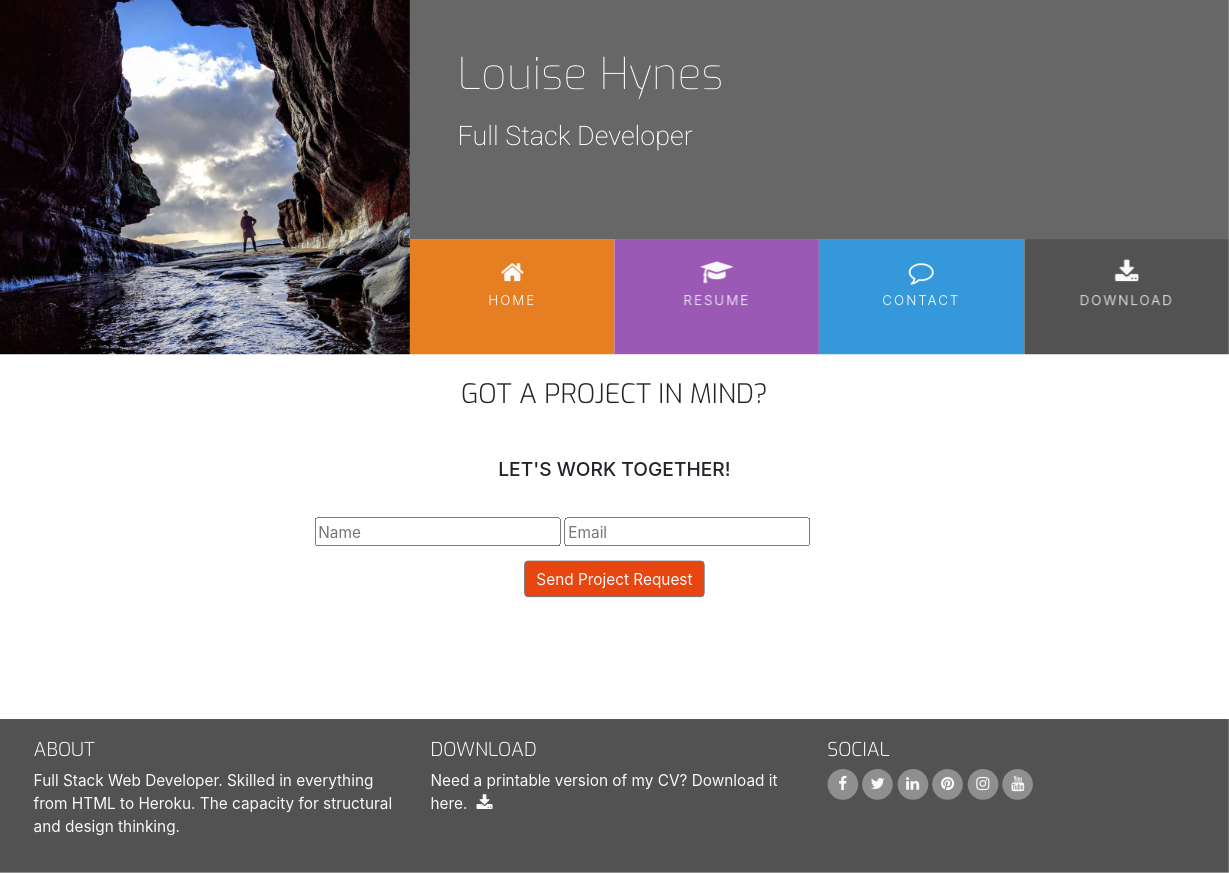
Repository: lhynes/Mini-Project-Resume
Page: contact.html
The author's editor kept a record of every edit. The page is drawn from the files as they stood at one moment, then again after the next edit.
The browser window is 1280 px wide. The pictures show the whole page, at 96% of full size.

Above is the page before.

### contact.html
<!DOCTYPE html>
<html lang="en">

<head>
    <meta charset="UTF-8">
    <meta name="viewport" content="width=device-width, initial-scale=1.0">
    <meta http-equiv="X-UA-Compatible" content="ie=edge">
    <!--access exrtenal links - bootstrap cdn - https://www.bootstrapcdn.com/-->
    <link rel="stylesheet" href="https://stackpath.bootstrapcdn.com/bootstrap/4.3.1/css/bootstrap.min.css" type="text/css" />
    <!--access exrtenal links - fontAwesome cdn - https://www.bootstrapcdn.com/-->
    <link rel="stylesheet" href="https://stackpath.bootstrapcdn.com/font-awesome/4.7.0/css/font-awesome.min.css" type="text/css" />
    <link rel="stylesheet" href="assets/css/style.css" type="text/css" />
    <link rel="stylesheet" href="https://cdnjs.cloudflare.com/ajax/libs/hover.css/2.3.1/css/hover-min.css" type="text/css" />
    <title>Louise</title>
</head>

<body>
    <header>
        <div class="row no-gutters">
            <a class="col-md-4 logo" href="index.html"></a>
            <div class="col-md-8">
                <div class="row no-gutters bg-color-name-title">
                    <div class="col heading">
                        <h1 class="name">Louise Hynes</h1>
                        <h2 class="title">Full Stack Developer</h2>
                    </div>
                </div>
                <div class="row no-gutters">
                    <div class="col">
                        <ul id="nav" class="list-inline menucontainer">
                            <li class="col-6 col-sm-3 ui-menu-color-home list-inline-item menuitem">
                                <a href="#" class="hvr-sweep-to-bottom"><i class="fa fa-home" aria-hidden="true"></i><span>Home</span></a>
                            </li>

                            <li class="col-6 col-sm-3 ui-menu-color-resume list-inline-item menuitem">
                                <a href="#" class="hvr-sweep-to-bottom"><i class="fa fa-graduation-cap" aria-hidden="true"></i><span>Resume</span></a>
                            </li>

                            <li class="col-6 col-sm-3 ui-menu-color-contact list-inline-item menuitem">
                                <a href="#" class="hvr-sweep-to-bottom"><i class="fa fa-comment-o" aria-hidden="true"></i><span>Contact</span></a>
                            </li>
                            <li class="col-6 col-sm-3 ui-menu-color-download list-inline-item menuitem">
                                <a href="#" class="hvr-sweep-to-bottom"><i class="fa fa-download" aria-hidden="true"></i><span>Download</span></a>
                            </li>
                        </ul>
                    </div>
                </div>

            </div>
    </header>
    <section class="container-fluid">
        <div class="row bg-color-contact">
            <div class="col">
                <h3 class="contact-heading uppercase text-center">Got a project in mind?</h3>
                <h5 class="uppercase text-center">Let's work together!</h5>
                <div class="center-form">
                    <form>
                        <input type="text" name="name" id="fullname" class="form-controm" placeholder="Name" required/>
                        <input type="email" name="email" id="email" class="form-controm" placeholder="Email" required/>
                      <!--  <textarea rows="5" name="projectsummary" id="projectsummary" class="form-controm" placeholder="Project Description" required></textarea>-->

                        <!-- Default button <input type="submit" value="Submit"/> we want to update-->
                        <div class="form-row text-center">
                            <div class="col">
                                <button type="submit" class="btn btn-secondary">Send Project Request</button>
                            </div>
                        </div>
                    </form>
                </div>
            </div>
        </div>
    </section>
    <footer class="container-fluid">
        <!--full width flexible container-->
        <div id="footer-details" class="row">
            <div class="col-sm-4">
                <h5 class="uppercase general-sub">About</h5>
                <p class="inline-block">
                    Full Stack Web Developer. Skilled in everything from HTML to Heroku. The capacity for structural and design thinking.


                </p>
            </div>
            <div class="col-sm-4">
                <h5 class="uppercase general-sub">Download</h5>
                <p class="inline-block">
                    Need a printable version of my CV? Download it here.
                    <a href="#" target="_blank" class="cv-pdf">
                        <!-- _blank used to open in a new tab-->
                        <i class="fa fa-download" aria-hidden="true"></i>
                        <span class="sr-only">Download link.</span>
                    </a>
                </p>
            </div>
            <div class="col-sm-4">
                <h5 class="uppercase general-sub">Social</h5>
                <ul class="list-inline social-links">
                    <li class="list-inline-item">
                        <!-- every list-inline in boostrap needs a list-inline item-->
                        <a target="_blank" href="#">
                            <i class="fa fa-facebook" aria-hidden="true"></i>
                            <span class="sr-only">Facebook</span>
                        </a>
                    </li>
                    <li class="list-inline-item">
                        <a target="_blank" href="#">
                            <i class="fa fa-twitter" aria-hidden="true"></i>
                            <span class="sr-only">Twitter</span>
                        </a>
                    </li>
                    <li class="list-inline-item">
                        <a target="_blank" href="#">
                            <i class="fa fa-linkedin" aria-hidden="true"></i>
                            <span class="sr-only">LinkedIn</span>
                        </a>
                    </li>
                    <li class="list-inline-item">
                        <a target="_blank" href="#">
                            <i class="fa fa-pinterest" aria-hidden="true"></i>
                            <span class="sr-only">Pinterest</span>
                        </a>
                    </li>
                    <li class="list-inline-item">
                        <a target="_blank" href="#">
                            <i class="fa fa-instagram" aria-hidden="true"></i>
                            <span class="sr-only">Instagram</span>
                        </a>
                    </li>
                    <li class="list-inline-item">
                        <a target="_blank" href="#">
                            <i class="fa fa-youtube" aria-hidden="true"></i>
                            <span class="sr-only">YouTube</span>
                        </a>
                    </li>
                </ul>
            </div>

        </div>

    </footer>
</body>

</html>

### assets/css/style.css
@import url('https://fonts.googleapis.com/css?family=Roboto:100,200,300,400,500,600,700|Exo:100,200,300,400,500,600,700');

/*-----------------------------------Colours */

.bg-color-name-title {
    background-color: #676767;
    color: #ffffff;
}

.bg-color-three-reasons {
    background-color: #fff;

}

.bg-color-personal-info {
    background-color: #f4f4f4;
}

.bg-color-work-history {
    background-color: #9b59b6
}

.bg-color-contact {
    background-color: #ffffff
}

.ui-menu-color-home {
    background-color: #e67e22
}

.ui-menu-color-resume {
    background-color: #9b59b6
}

.ui-menu-color-contact {
    background-color: #3498db
}

.ui-menu-color-download {
    background-color: #525252
}



/*-----------------------------------Special paddings/margins/text - General CSS area used more than once through out the site */

.uppercase {
    text-transform: uppercase;
}

.general-sub {
    font-family: "Exo", sans-serif;
    font-weight: 300;
    color: #fafafa;

}

h1,
h2,
h3,
h4 {
    margin: 0;
}

.inline-block {
    display: inline-block;

}

.row-table {
    display: table;

}

.section-column {
    display: table-cell;
    padding: 0 30px 30px;
    float: none;
}

.history-heading,
.section-heading {
    font-family: "Exo", sans-serif;
    font-weight: 300;
    margin-top: 25px;
    margin-bottom: 40px;
}


/*-----------------------------------Heading */

header {
    margin: 0;
}

.heading {
    margin-left: 50px;
}

.logo {
    background: url("../images/louise.jpg");
    background-position: center;
    background-repeat: no-repeat;
    background-size: cover;
    min-height: 360px;
    transition: all .5s ease-in-out;
    -moz-transition: all .5s ease-in-out;
    -webkit-transition: all .5s ease-in-out;
}

.name {
    font-family: "Exo", sans-seriif;
    font-weight: 100;
    font-size: 46px;
    margin-top: 50px;
    color: #ffffff;
}

.title {
    font-family: "Roboto", sans-seriif;
    font-weight: 200;
    font-size: 28px;
    margin-top: 20px;
    margin-bottom: 90px;
    color: #ffffff;
}

.list-inline-item:not(:last-child) {
    margin: 0;
}

.menucontainer {
    font-size: 0;
}


#nav {
    margin: 0;
}

#nav li {
    font-size: 14px;
    padding: 0;
}

.menuitem {
    height: 120px;
    /*profile image is 360 in total*/
    text-align: center;
    padding: 0;
}

.menuitem a {
    width: 100%;
    color: #ffffff;
    text-decoration: none;
    height: 120px;
}

.menuitem a i {
    padding-top: 22px;
    display: block;
    color: #fafafa;
    font-size: 26px;
}

.menuitem span {
    display: block;
    width: 100%;
    padding-top: 5px;
    text-align: center;
    text-transform: uppercase;
    font-size: 14px;
    font-weight: 300;
    letter-spacing: 2px;
}




/*-----------------------------------Hover.css */

/*background color is set in the before*/

.hvr-sweep-to-bottom:before {
    background: rgba(0, 0, 0, 0.2) !important;
    height: 120px;
}


/*-----------------------------------Footer styles */

footer {
    background-color: #525252;
    color: #fafafa;
    min-height: 120px;
    margin: 0;
}


.cv-pdf i {
    font-size: 18px;
    color: #fafafa;
    text-align: center;
    padding-left: 5px;
    transition: all 0.35s ease-in-out;
    /* put in parent element*/
    -moz-transition: all 0.35s ease-in-out;
    -webkit-transition: all 0.35s ease-in-out;
    -o-transition: all 0.35s ease-in-out;
}

.cv-pdf i:hover {
    color: #e84610;
}


.social-links {
    padding-bottom: 15px;
}

.social-links li a i {
    width: 32px;
    height: 32px;
    padding: 12px 0;
    border-radius: 50%;
    line-height: 7px;
    text-align: center;
    color: #fafafa;
    background: #8f8f8f;
    -moz-transition: all 0.35s ease-in-out;
    -webkit-transition: all 0.35s ease-in-out;
    -o-transition: all 0.35s ease-in-out;
}

.social-links li a i:hover {
    background-color: #e84610;
}

#footer-details {
    padding: 20px;
}


/*-----------------------------------Three Resons Css */

.three-reasons-icon {
    font-size: 26px;
    color: #e67e22;
}

.three-reasons-heading {
    margin-bottom: 15px;
}


/*-----------------------------------Presonal Info*/

.personal-info-item {
    margin-bottom: 20px;
    display: block;
    clear: both;
}

/*style keys, values, paragraphs*/

.personal-info-item .key,
.personal-info-item .value {
    padding-right: 8px;
    display: inline-block;

}

.personal-info-item .key p,
.personal-info-item .value p {
    margin: 0;
}

.personal-info-item .key {
    width: 30%;
    margin-right: 21px;
    padding-top: 2px;
    vertical-align: top;
}


.personal-info-item .key p {
    font-weight: 700;
}

.personal-info-item .value {
    position: relative;
    /*relative to predacessor*/
    width: 60%;
}

/*-----------------------------------Skills*/

.progress {
    position: relative;
    height: 25px;
    margin-bottom: 4px;
}

.progress-type {
    /* represents the the texrt label on the bar */
    position: absolute;
    left: 0px;
    font-weight: 400;
    padding: 3px 30px 2px 10px;
    color: #fafafa;
    background-color: rgba(25, 25, 25, 0.2)
}

.progress-section {
    margin: 40px 20px;

}


/*-----------------------------------Work History*/

.history-heading {
    color: #fafafa;
    margin-bottom: 50px;
}

.timeline-item {
    padding: 4em 2em 0em 2em;
    position: relative;
    color: #fafafa;
    border-left: 1px solid;
}

.timeline-item p {
    margin: 0;
    padding: 0;
}

.timeline-item:before {
    content: attr(data-dates);
    /*can only use contene tieh the beforer or after pseudo elements*/
    position: absolute;
    left: 2.5em;
    top: 3em;
    display: block;
    font-family: "Exo", sans-seriif;
    font-weight: 500;
    font-size: 0.8em;
    padding: 0;
    margin: 0;

}

.timeline-item:after {
    width: 12px;
    height: 12px;
    display: block;
    top: 2.4em;
    position: absolute;
    left: -6px;
    border-radius: 12px;
    content:'';
    background:#fafafa

}

.history-items{
    margin-bottom:30px;
}


/*-----------------------------------Contact Form*/

.contact-heading{
    font-family: "Exo", sans-serif;
    font-weight: 300;
    margin-top:25px;
    margin-bottom:50px;
}

.center-form{
    padding-top:10px;
    margin:0 auto; /* 0 top and bottom auto on left and right will center it*/
    max-width:70%;
}

button[type="submit"]{
    margin-top:15px;
    margin-bottom: 20px;
    color:#fafafa;
    background-color: #e84610
}




/*-----------------------------------Media Queries*/

@media(min-width:992px){

    .center-form{
    padding-top:30px;
    min-height: 240px;
    margin:0 auto; /* 0 top and bottom auto on left and right will center it*/
    max-width:50%;
}

}

After the next edit:
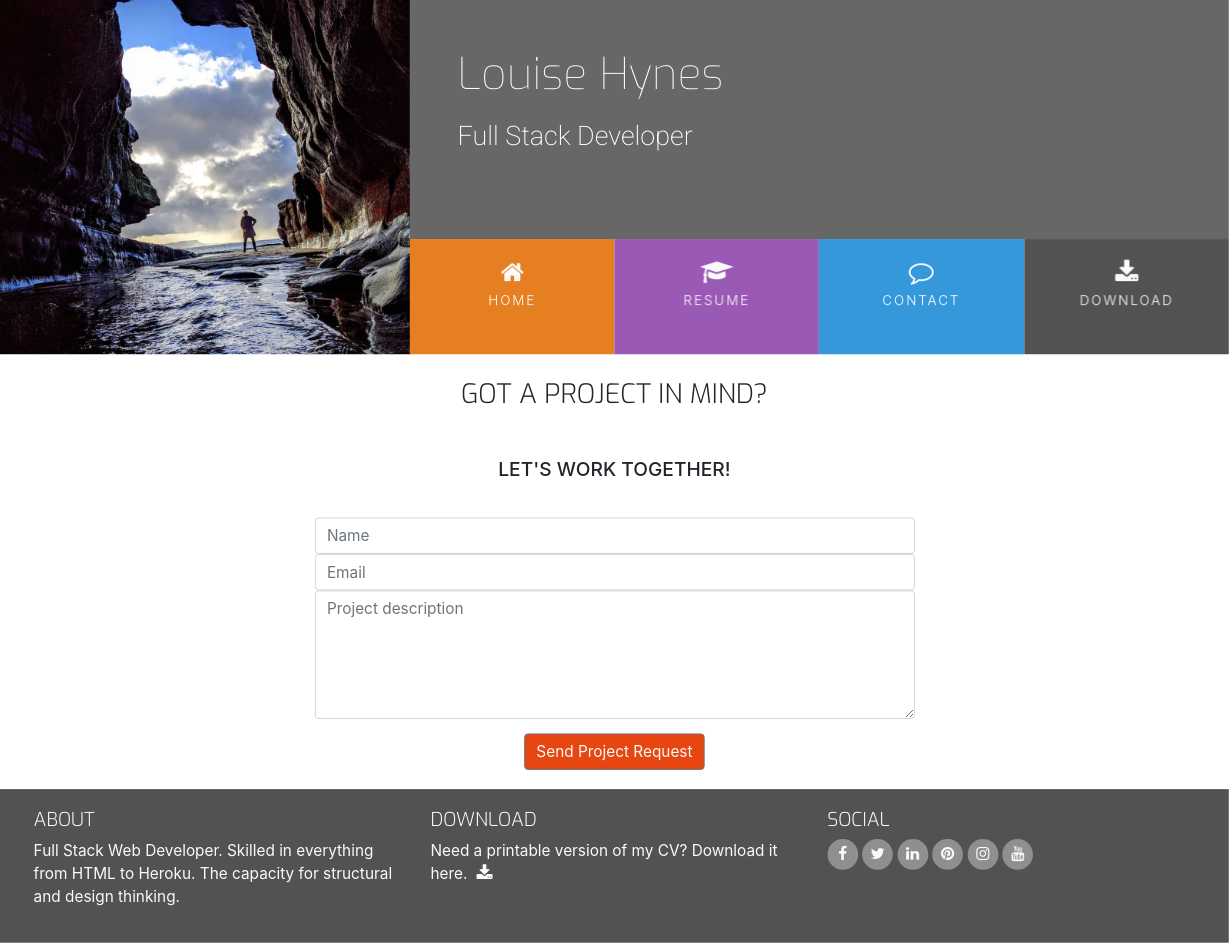
The edit:
--- a/contact.html
+++ b/contact.html
@@ -48,18 +48,16 @@
 
             </div>
     </header>
-    <section class="container-fluid">
+     <section class="container-fluid">
         <div class="row bg-color-contact">
             <div class="col">
                 <h3 class="contact-heading uppercase text-center">Got a project in mind?</h3>
                 <h5 class="uppercase text-center">Let's work together!</h5>
                 <div class="center-form">
                     <form>
-                        <input type="text" name="name" id="fullname" class="form-controm" placeholder="Name" required/>
-                        <input type="email" name="email" id="email" class="form-controm" placeholder="Email" required/>
-                      <!--  <textarea rows="5" name="projectsummary" id="projectsummary" class="form-controm" placeholder="Project Description" required></textarea>-->
-
-                        <!-- Default button <input type="submit" value="Submit"/> we want to update-->
+                        <input type="text" name="name" id="fullname" class="form-control" placeholder="Name" required />
+                        <input type="email" name="email" id="emailaddress" class="form-control" placeholder="Email" required />
+                        <textarea rows="5" name="projectsummary" id="projectsummary" class="form-control" placeholder="Project description" required></textarea>
                         <div class="form-row text-center">
                             <div class="col">
                                 <button type="submit" class="btn btn-secondary">Send Project Request</button>
@@ -67,8 +65,10 @@
                         </div>
                     </form>
                 </div>
+
             </div>
         </div>
+
     </section>
     <footer class="container-fluid">
         <!--full width flexible container-->
